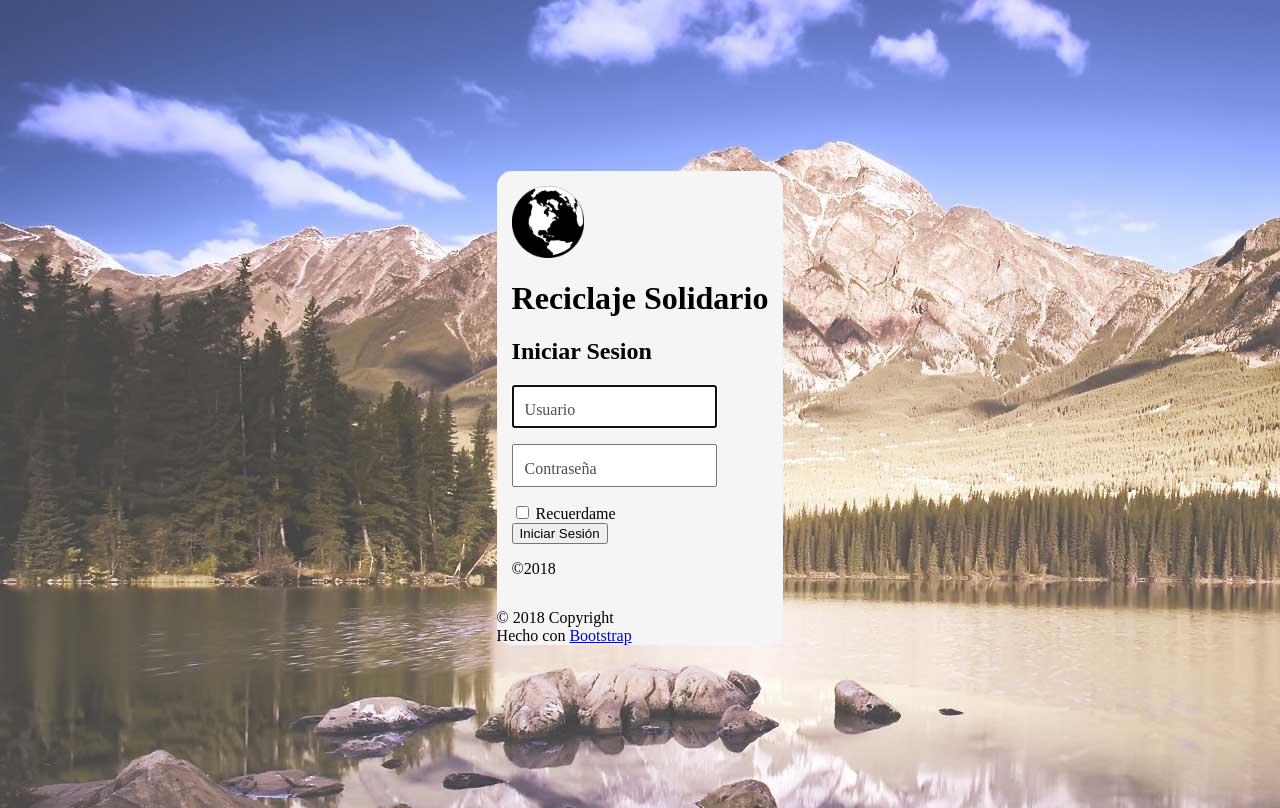
Repository: Gimape07/BDGrupal
Page: http://localhost/
The author's editor kept a record of every edit. The page is drawn from the files as they stood at one moment, then again after the next edit.
The browser window is 1280 px wide. The pictures show the whole page.
Some web libraries are served in a nearby version. The page is run by PHP 8.4 with error messages shown; the project is at /var/www/html/.

Above is the page before.

After the next edit:
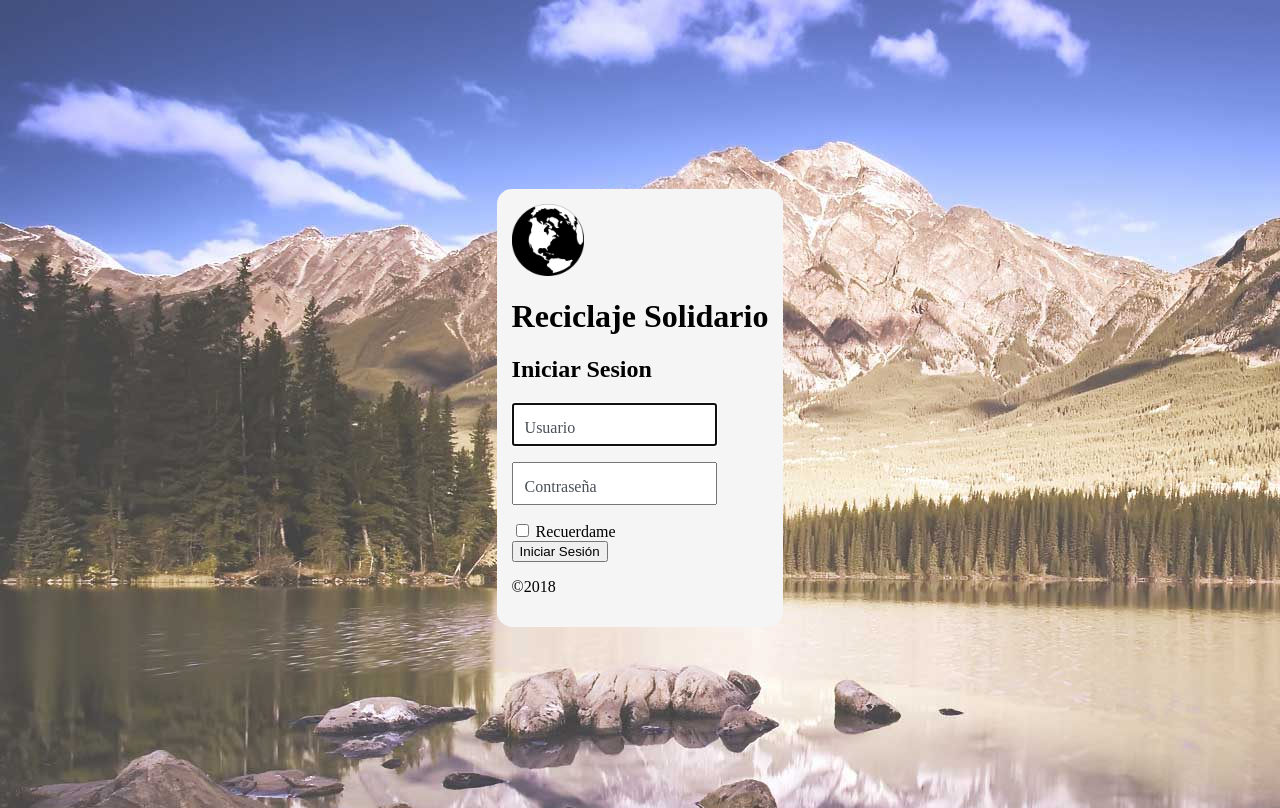
The edit:
--- a/webpage/index.php
+++ b/webpage/index.php
@@ -6,6 +6,6 @@
         $user = "";
         //include("_header.html");
         include("_form.html");
-        include("_footer.html");
+        //include("_footer.html");
     }
 ?>
